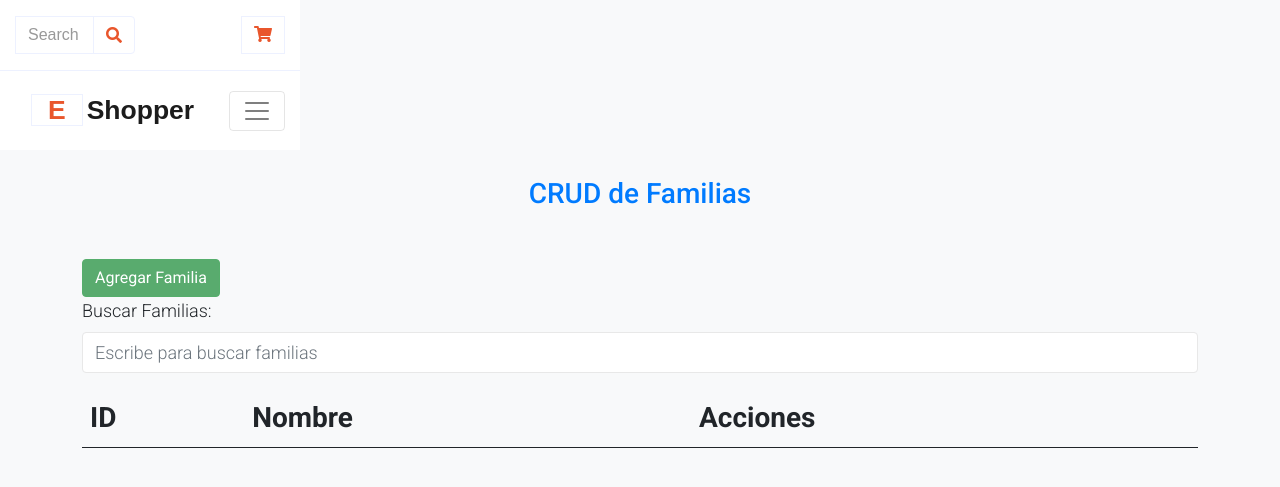
Repository: Yaqode/front-fama
Page: Views/Familias.html
An editor plug-in stored every save of this project. The page is shown before and after the next save, followed by the edit.
The browser window is 1280 px wide. The pictures show the whole page.
The page's requests for data from a server got no answer. Some web libraries are served in a nearby version.

Above is the page before, as saved 2023-12-19 11:37:06.

After the next save:
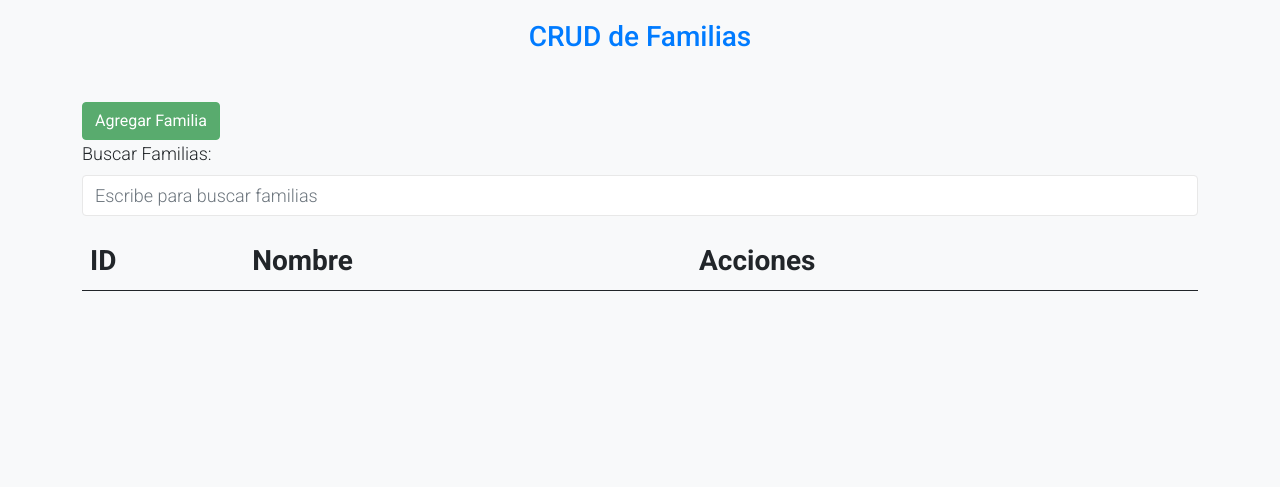
Saved 19 s later.
--- a/Views/Familias.html
+++ b/Views/Familias.html
@@ -88,9 +88,6 @@
     }
 </style>
 
-<!-- Incluir el iframe con el header -->
-<iframe src="header_admin.html" frameborder="100"></iframe>
-
 
 <div class="container">
     <h2 class="mb-4">CRUD de Familias</h2>
